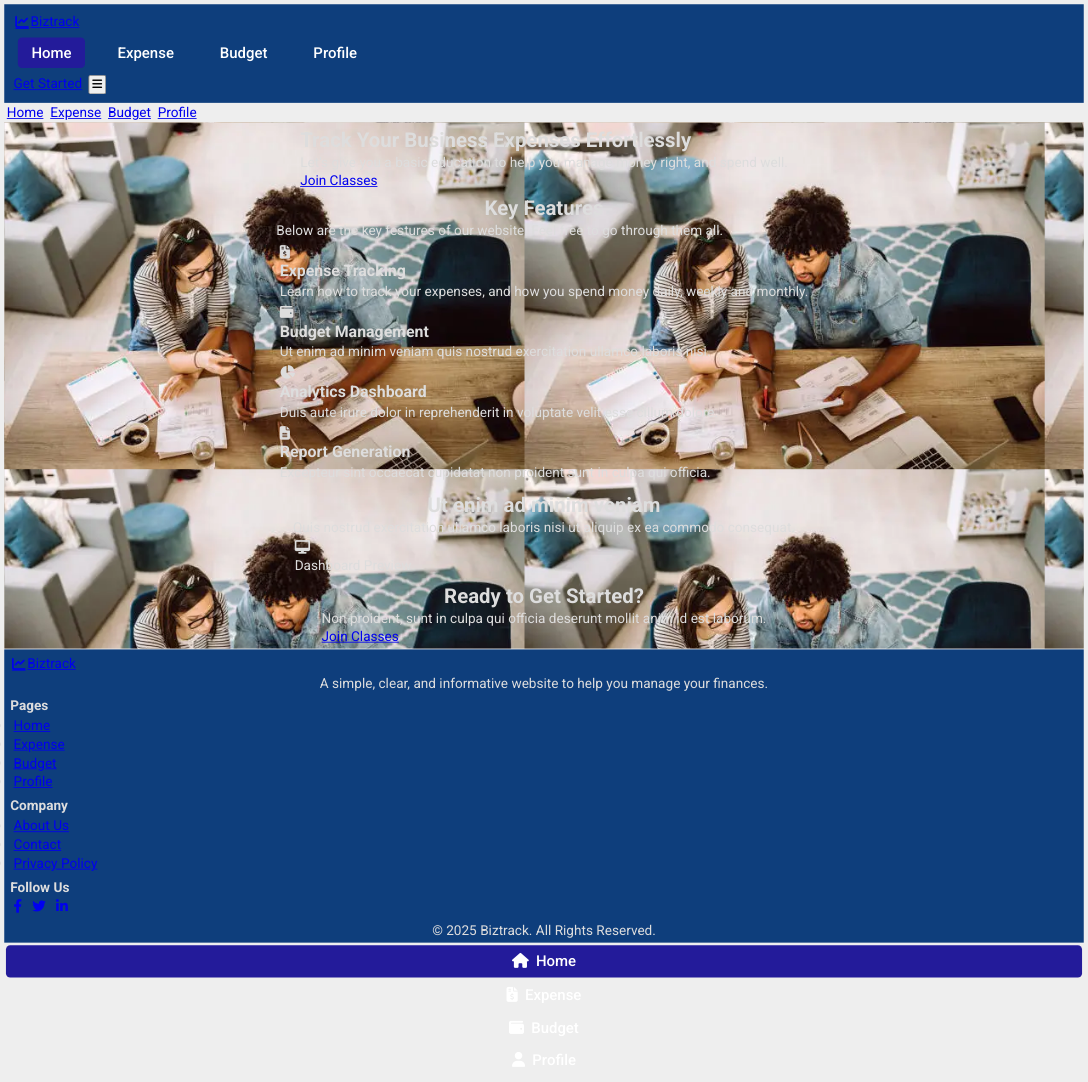
Repository: JoyUdoh106/wdd131
Page: project/index.html
These files come from the project's save history. The page is drawn as it stood at one moment and after the next save; the edit follows.
The browser window is 1280 px wide. The pictures show the whole page, at 85% of full size.

Above is the page before, as saved 2025-08-10 18:50:32.
Console error: TypeError: Cannot set properties of null (setting 'textContent')

After the next save:
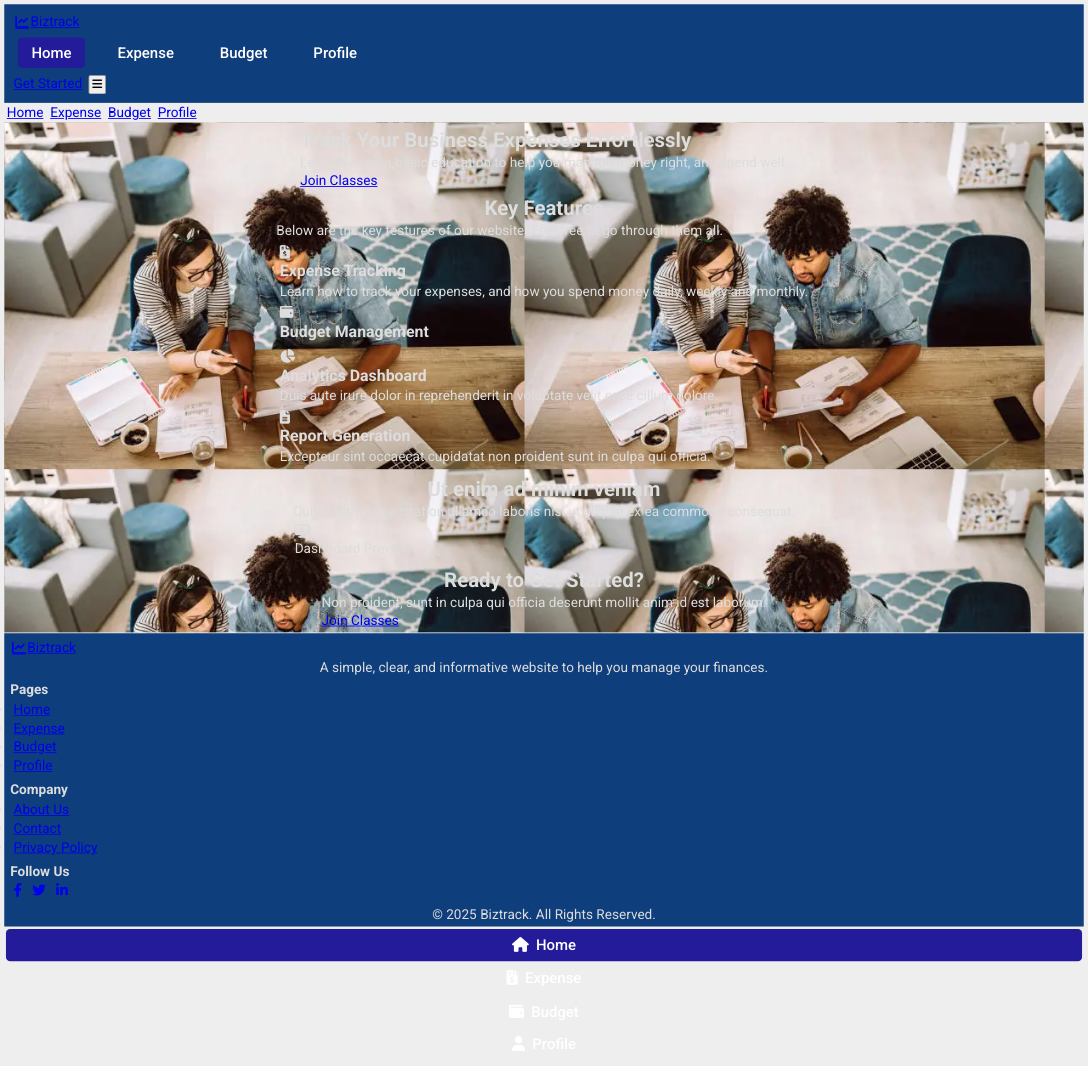
Saved 32 s later.
--- a/project/index.html
+++ b/project/index.html
@@ -64,7 +64,7 @@
                     <div class="feature-card reveal">
                         <i class="fas fa-wallet icon"></i>
                         <h3>Budget Management</h3>
-                        <p>Ut enim ad minim veniam quis nostrud exercitation ullamco laboris nisi.</p>
+                        <p></p>
                     </div>
                     <div class="feature-card reveal">
                         <i class="fas fa-chart-pie icon"></i>

After the 2 saves that followed:
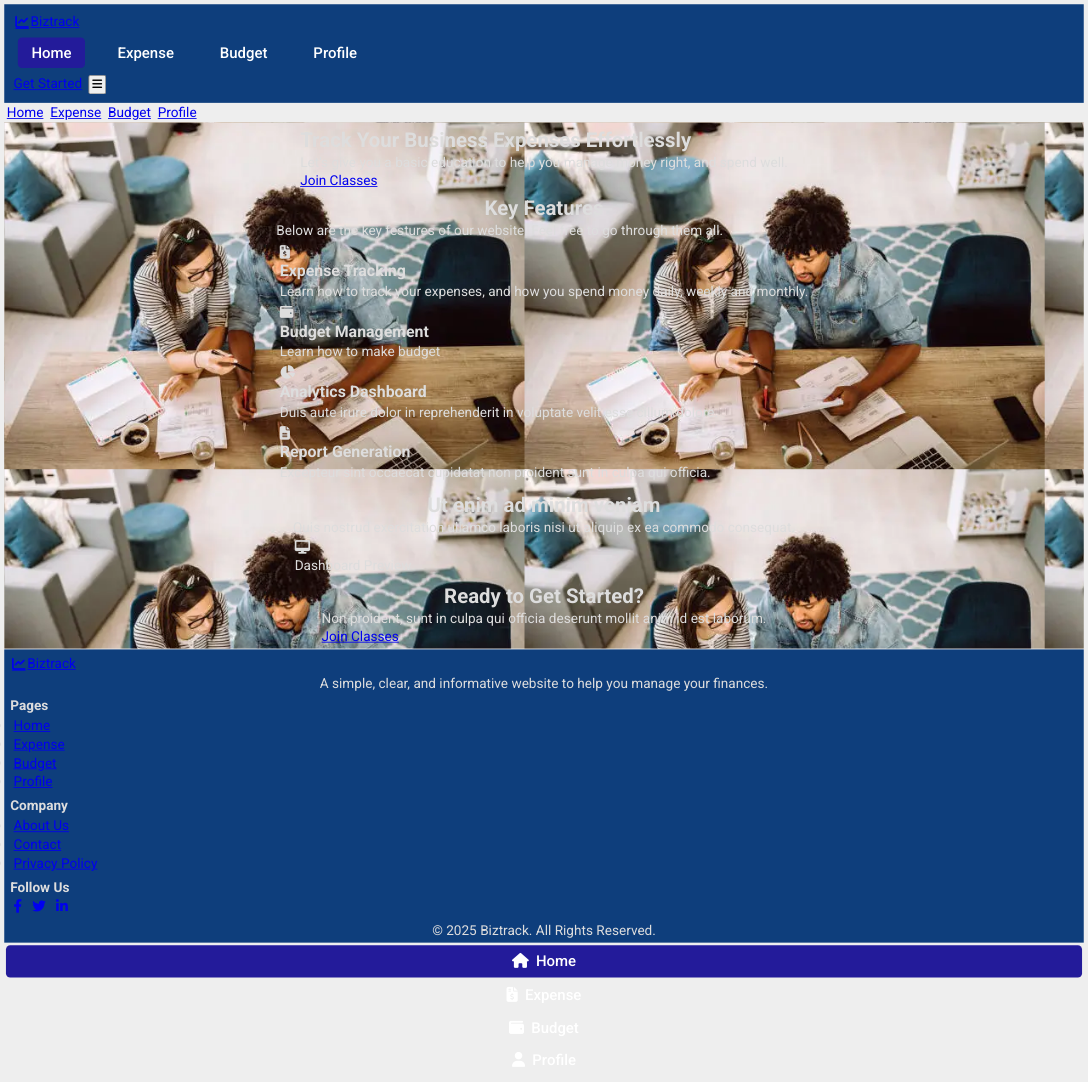
The 2 saves are shown as one change because they came seconds apart.
The last was saved 10 s later.
--- a/project/index.html
+++ b/project/index.html
@@ -64,7 +64,7 @@
                     <div class="feature-card reveal">
                         <i class="fas fa-wallet icon"></i>
                         <h3>Budget Management</h3>
-                        <p></p>
+                        <p>Learn how to make budget</p>
                     </div>
                     <div class="feature-card reveal">
                         <i class="fas fa-chart-pie icon"></i>
